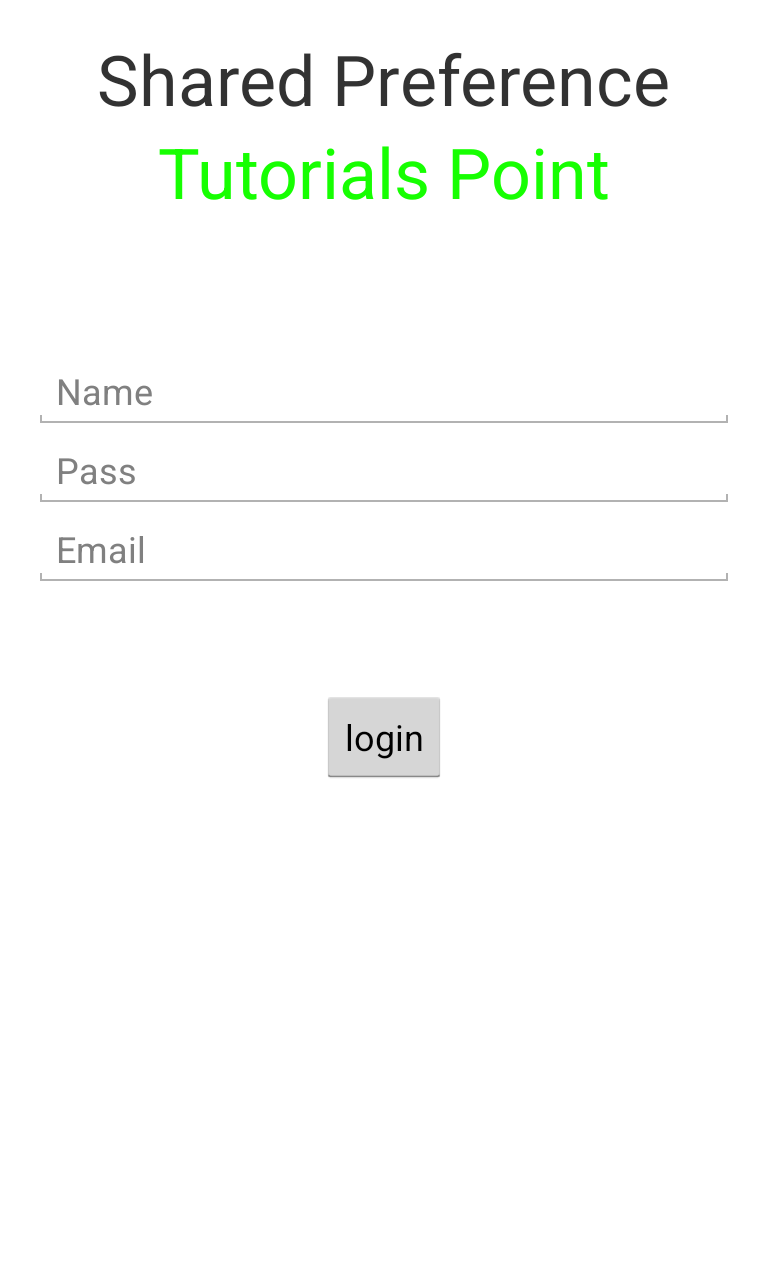
Repository: yashmoda/Android-Practice
Layout: sharedpreferencedemo1/res/layout/activity_main.xml
An editor plug-in stored every save of this project. The layout is shown before and after the next save, followed by the edit.
It is drawn on a 768 x 1280 px phone screen (xhdpi) without system bars, with theme AppTheme; the app's code is not run. The app's manifest (not shown) leaves right-to-left support off. So textAlignment, textDirection and layoutDirection are ignored, and left and right values win over start and end ones.

Above is the layout before, as saved 2017-06-17 07:36:36.

### sharedpreferencedemo1/res/layout/activity_main.xml
<RelativeLayout xmlns:android="http://schemas.android.com/apk/res/android"
    xmlns:tools="http://schemas.android.com/tools"
    android:layout_width="match_parent"
    android:layout_height="match_parent"
    android:paddingLeft="@dimen/activity_horizontal_margin"
   android:paddingRight="@dimen/activity_horizontal_margin"
   android:paddingTop="@dimen/activity_vertical_margin"
   android:paddingBottom="@dimen/activity_vertical_margin" tools:context=".MainActivity">

   <TextView
      android:layout_width="wrap_content"
      android:layout_height="wrap_content"
      android:text="Shared Preference"
      android:id="@+id/textView"
      android:layout_alignParentTop="true"
      android:layout_centerHorizontal="true"
      android:textSize="35dp" />

   <TextView
      android:layout_width="wrap_content"
      android:layout_height="wrap_content"
      android:text="Tutorials Point"
      android:id="@+id/textView2"
      android:layout_below="@+id/textView"
      android:layout_centerHorizontal="true"
      android:textSize="35dp"
      android:textColor="#ff16ff01" />

   <EditText
      android:layout_width="wrap_content"
      android:layout_height="wrap_content"
      android:id="@+id/editText"
      android:layout_below="@+id/textView2"
      android:layout_marginTop="67dp"
      android:hint="Name"
      android:layout_alignParentRight="true"
      android:layout_alignParentEnd="true"
      android:layout_alignParentLeft="true"
      android:layout_alignParentStart="true" />

   <EditText
      android:layout_width="wrap_content"
      android:layout_height="wrap_content"
      android:id="@+id/editText2"
      android:layout_below="@+id/editText"
      android:layout_alignParentLeft="true"
      android:layout_alignParentStart="true"
      android:layout_alignParentRight="true"
      android:layout_alignParentEnd="true"
      android:hint="Pass" />

   <EditText
      android:layout_width="wrap_content"
      android:layout_height="wrap_content"
      android:id="@+id/editText3"
      android:layout_below="@+id/editText2"
      android:layout_alignParentLeft="true"
      android:layout_alignParentStart="true"
      android:layout_alignParentRight="true"
      android:layout_alignParentEnd="true"
      android:hint="Email" />

   <Button
      android:layout_width="wrap_content"
      android:layout_height="wrap_content"
      android:text="login"
      android:id="@+id/button"
      android:layout_below="@+id/editText3"
      android:layout_centerHorizontal="true"
      android:layout_marginTop="50dp" />


</RelativeLayout>

Loaded but not shown: sharedpreferencedemo1/res/values/styles.xml (common file); sharedpreferencedemo1/res/values-v11/styles.xml (common file); sharedpreferencedemo1/res/values-v14/styles.xml (common file); sharedpreferencedemo1/res/values-w820dp/dimens.xml (common file); sharedpreferencedemo1/res/values/dimens.xml (common file)

After the next save:
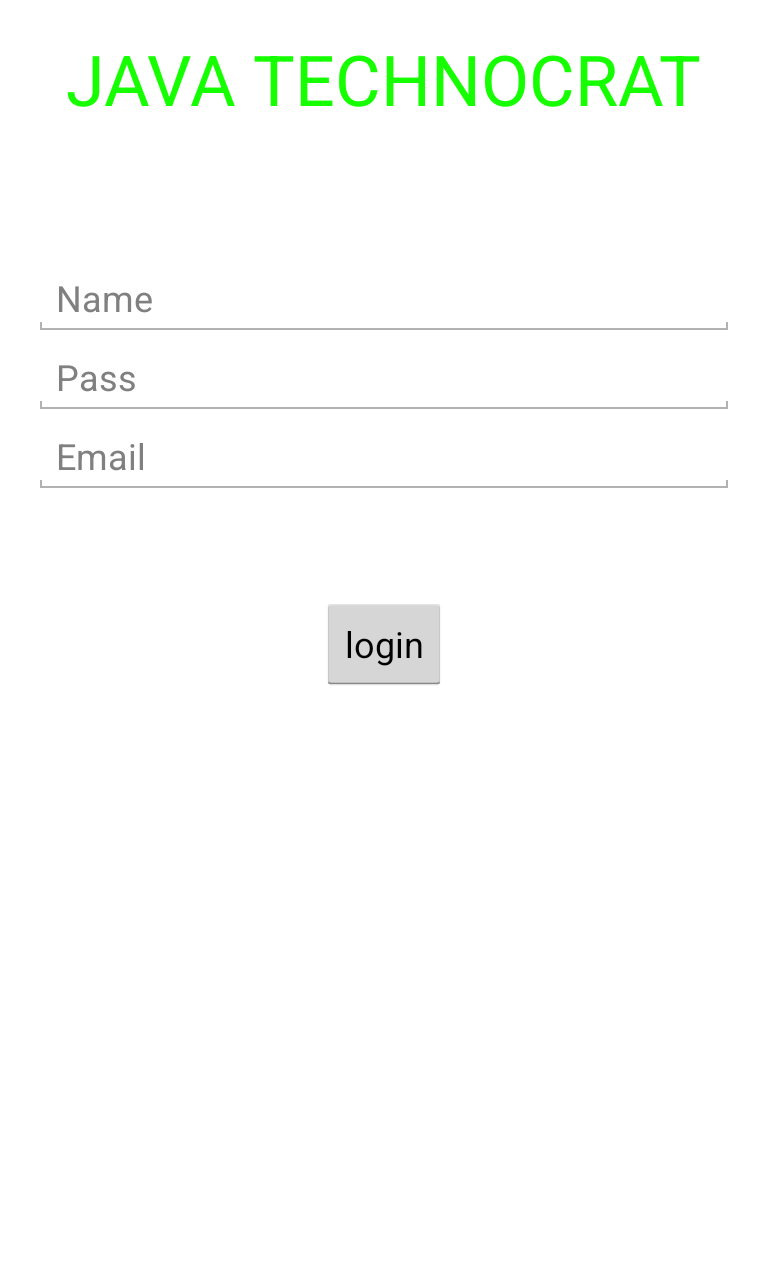
Saved 65 s later.
--- a/sharedpreferencedemo1/res/layout/activity_main.xml
+++ b/sharedpreferencedemo1/res/layout/activity_main.xml
@@ -7,19 +7,12 @@
    android:paddingTop="@dimen/activity_vertical_margin"
    android:paddingBottom="@dimen/activity_vertical_margin" tools:context=".MainActivity">
 
-   <TextView
-      android:layout_width="wrap_content"
-      android:layout_height="wrap_content"
-      android:text="Shared Preference"
-      android:id="@+id/textView"
-      android:layout_alignParentTop="true"
-      android:layout_centerHorizontal="true"
-      android:textSize="35dp" />
+
 
    <TextView
       android:layout_width="wrap_content"
       android:layout_height="wrap_content"
-      android:text="Tutorials Point"
+      android:text="JAVA TECHNOCRAT"
       android:id="@+id/textView2"
       android:layout_below="@+id/textView"
       android:layout_centerHorizontal="true"
